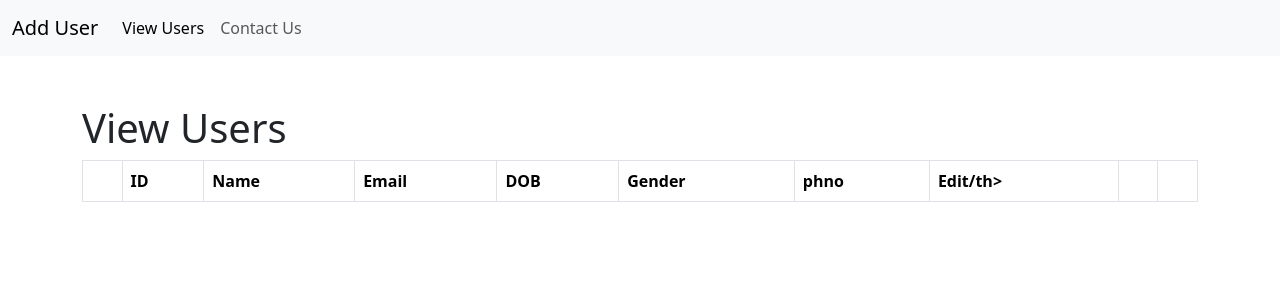
Repository: Parvezi9ahmad/01-MIniProject
Page: http://localhost/view-users
An editor plug-in stored every save of this project. The page is shown before and after the next save, followed by the edit.
The browser window is 1280 px wide. The pictures show the whole page.
The page is this project's Thymeleaf template; nobody is signed in. The template is opened directly, without the code that normally fills it, so the values that code supplies are empty.

Above is the page before, as saved 2023-12-20 05:31:22.

### 01-Mini-Project-User-Mgmt-App/src/main/resources/templates/view-users.html
<!doctype html>
<html lang="en" xmlns:th="https://www.thymeleaf.org">

<head>
	<meta charset="utf-8">
	<meta name="viewport" content="width=device-width, initial-scale=1">
	<title>Bootstrap demo</title>
	<link href="https://cdn.jsdelivr.net/npm/bootstrap@5.3.2/dist/css/bootstrap.min.css" rel="stylesheet"
		integrity="sha384-T3c6CoIi6uLrA9TneNEoa7RxnatzjcDSCmG1MXxSR1GAsXEV/Dwwykc2MPK8M2HN" crossorigin="anonymous">
</head>

<body>
	<nav class="navbar navbar-expand-lg bg-body-tertiary">
		<div class="container-fluid">
			<a class="navbar-brand" href="/">Add User</a>
			<button class="navbar-toggler" type="button" data-bs-toggle="collapse" data-bs-target="#navbarNav"
				aria-controls="navbarNav" aria-expanded="false" aria-label="Toggle navigation">
				<span class="navbar-toggler-icon"></span>
			</button>
			<div class="collapse navbar-collapse" id="navbarNav">
				<ul class="navbar-nav">
					<li class="nav-item">
						<a class="nav-link active" aria-current="page" href="/users">View Users</a>
					</li>
					<li class="nav-item">
						<a class="nav-link" href="#">Contact Us</a>
					</li>

				</ul>
			</div>
		</div>
	</nav>
	<div class="container mt-5">
		<h1>View Users</h1>
		<table class="table table-bordered table-striped">
			<thead>
				<th>
					<th>ID</th>
					<th>Name</th>
					<th>Email</th>
					<th>DOB</th>
					<th>Gender</th>
					<th>phno</th>
					<th>Edit/th>
					<th></th>
					<th></th>
				</tr>
			</thead>
			<tbody>
			<tr th:each="user: ${users}">
			<td th:text="${user.userId}"></td>
			<td th:text="${user.fullName}"></td>
			<td th:text="${user.email}"></td>
			<td th:text="${user.dob}"></td>
			<td th:text="${user.gender}"></td>
			<td th:text="${user.phno}"></td>

			</tr>
			</tbody>
		</table>

		</form>
	</div>
	<script src="https://cdn.jsdelivr.net/npm/bootstrap@5.3.2/dist/js/bootstrap.bundle.min.js"
		integrity="sha384-C6RzsynM9kWDrMNeT87bh95OGNyZPhcTNXj1NW7RuBCsyN/o0jlpcV8Qyq46cDfL"
		crossorigin="anonymous"></script>
</body>

</html>

After the next save:
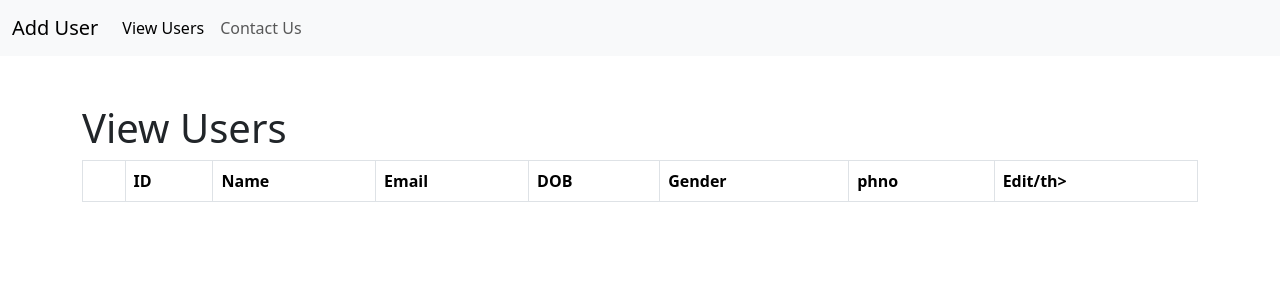
Saved 18 s later.
--- a/01-Mini-Project-User-Mgmt-App/src/main/resources/templates/view-users.html
+++ b/01-Mini-Project-User-Mgmt-App/src/main/resources/templates/view-users.html
@@ -42,8 +42,7 @@
 					<th>Gender</th>
 					<th>phno</th>
 					<th>Edit/th>
-					<th></th>
-					<th></th>
+
 				</tr>
 			</thead>
 			<tbody>
